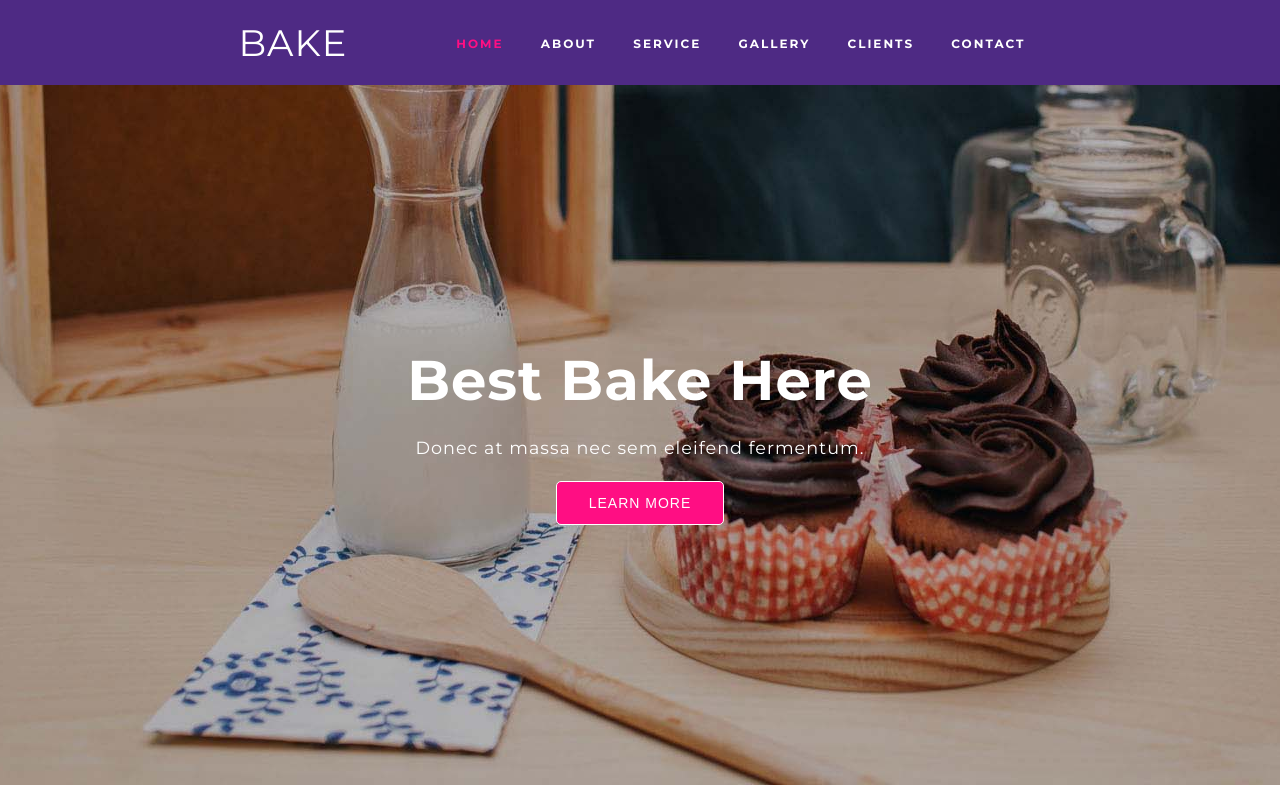
Repository: ducdatit2002/bake-cake
Page: index.html
The author's editor kept a copy of each file at every save. The page is drawn from the files as they stood at one save, then again after the next save.
The browser window is 1280 px wide. The pictures show the whole page.

Above is the page before, as saved 2023-07-13 11:56:33.

After the next save:
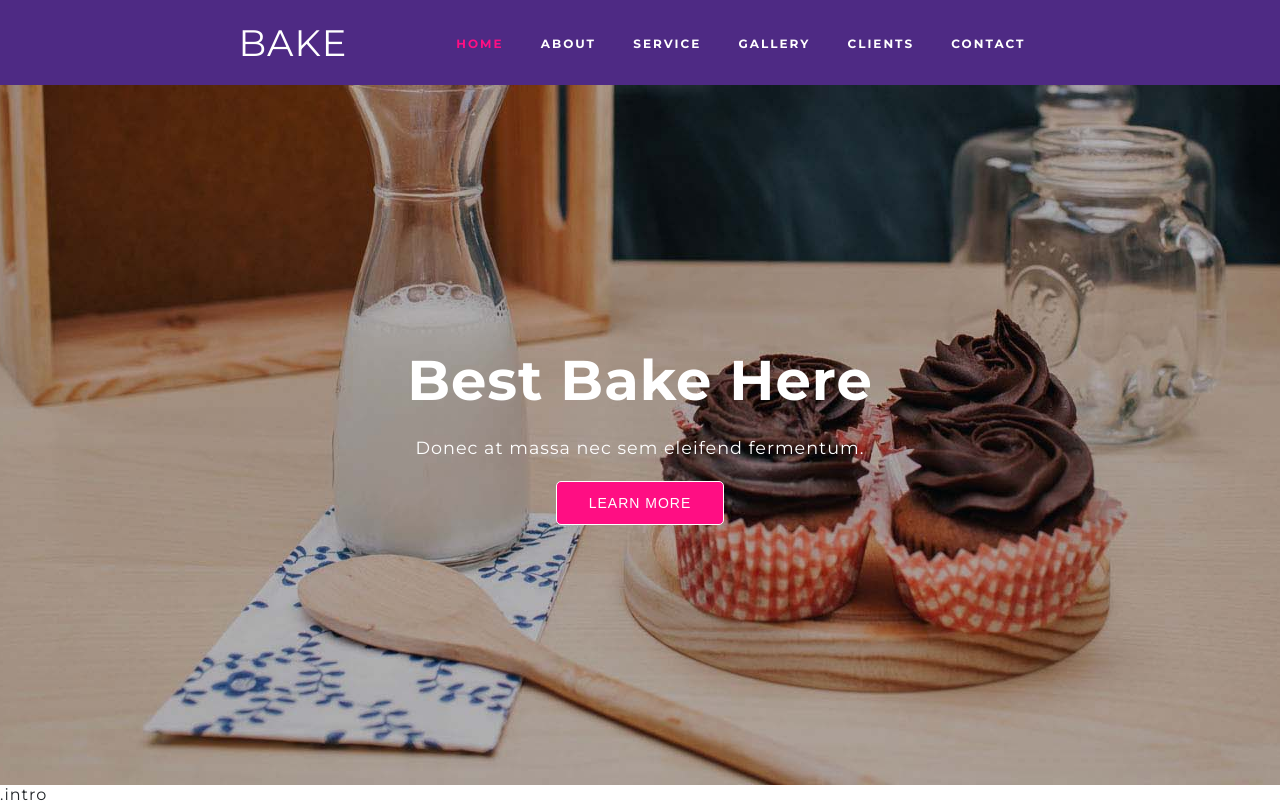
Saved 17 s later.
--- a/index.html
+++ b/index.html
@@ -43,7 +43,7 @@
     </section>
     <!-- INTRO -->
     <section class="intro">
-
+        .intro
     </section>
     <!-- NUMBER -->
     <section class="number"></section>

After the save that followed:
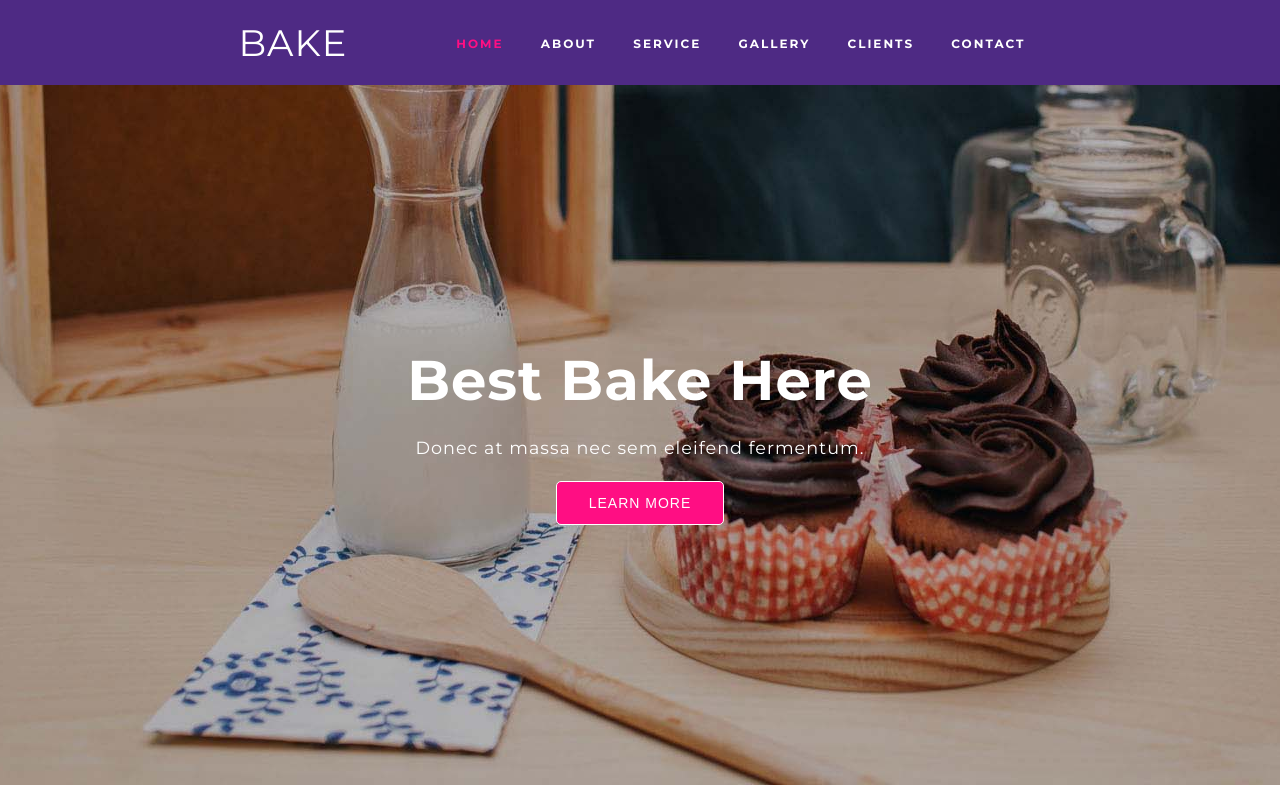
Saved 5 s later.
--- a/index.html
+++ b/index.html
@@ -43,7 +43,9 @@
     </section>
     <!-- INTRO -->
     <section class="intro">
-        .intro
+        <div class="intro__item">
+
+        </div>
     </section>
     <!-- NUMBER -->
     <section class="number"></section>
